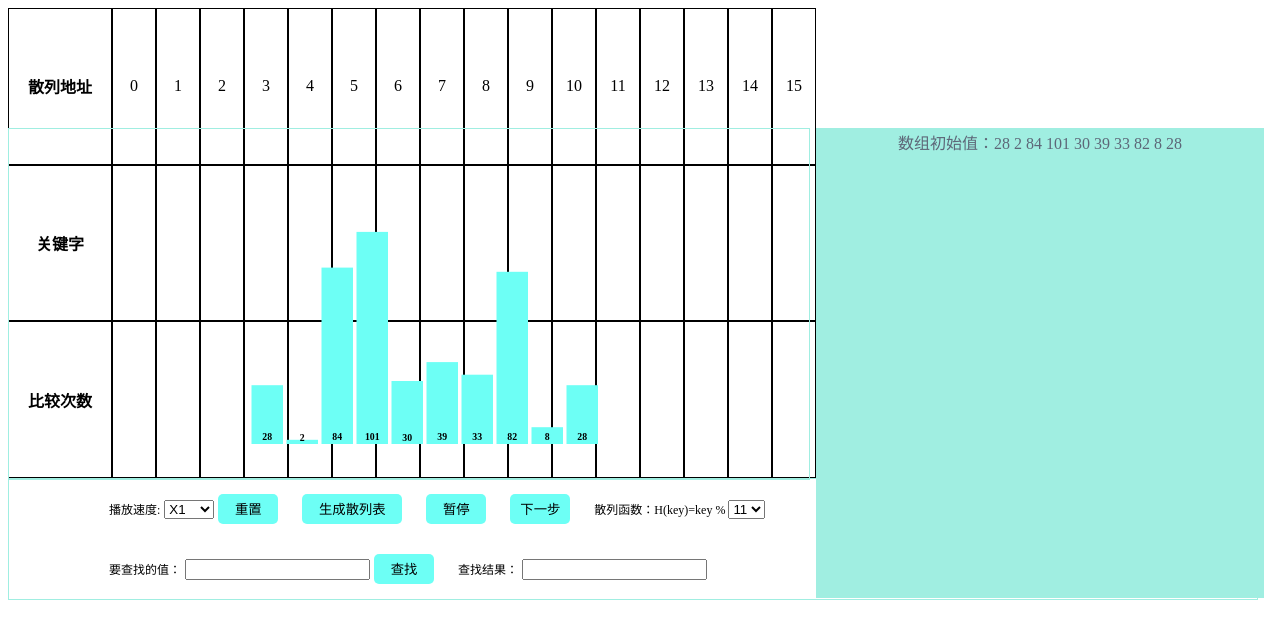
Repository: aaa615/Visualization-of-data-structure-algorithms
Page: dataStructure/WebContent/animation/search/hashSearch/hashSearch.html
These files come from the project's save history. The page is drawn as it stood at one moment and after the next save; the edit follows.
The browser window is 1280 px wide. The pictures show the whole page.

Above is the page before, as saved 2021-05-20 04:21:15.

### dataStructure/WebContent/animation/search/hashSearch/hashSearch.html
<!DOCTYPE html>
<html lang="en">
<head>
    <meta charset="UTF-8">
    <title>散列表查找</title>
    <link rel="stylesheet" type="text/css" href="../../../css/Player.css" charset="utf-8">
    <link rel="stylesheet" type="text/css" href="hashSearch.css" charset="utf-8">

    <script type="text/javascript" src="hashSearch.js"></script>
</head>
<body>
<div id="canvas_div">
    <table id="hash_table" cellspacing="0">
        <tr align="center" valign="center">
            <th width="100px" style="border: black solid 1px">散列地址</th>
            <td>0</td>
            <td>1</td>
            <td>2</td>
            <td>3</td>
            <td>4</td>
            <td>5</td>
            <td>6</td>
            <td>7</td>
            <td>8</td>
            <td>9</td>
            <td>10</td>
            <td>11</td>
            <td>12</td>
            <td>13</td>
            <td>14</td>
            <td>15</td>
        </tr>
        <tr align="center" valign="center">
            <th width="100px" style="border: black solid 1px">关键字</th>
            <td></td>
            <td></td>
            <td></td>
            <td></td>
            <td></td>
            <td></td>
            <td></td>
            <td></td>
            <td></td>
            <td></td>
            <td></td>
            <td></td>
            <td></td>
            <td></td>
            <td></td>
            <td></td>
        </tr>
        <tr align="center" valign="center">
            <th width="100px" style="border: black solid 1px">比较次数</th>
            <td></td>
            <td></td>
            <td></td>
            <td></td>
            <td></td>
            <td></td>
            <td></td>
            <td></td>
            <td></td>
            <td></td>
            <td></td>
            <td></td>
            <td></td>
            <td></td>
            <td></td>
            <td></td>
        </tr>
    </table>
    <svg id="canvas_svg" xmlns="http://www.w3.org/2000/svg" viewBox="0 0 500 500" onload="createRect()"></svg>
    <div class="express_window" id="express_window_id"></div>
</div>
<div id="player_div">
    <label>播放速度:</label>
    <select id="playSpeed_id" class="playSpeed_class" onclick="getPlaySpeed()">
        <option value="2">X2</option>
        <option value="1.5">X1.5</option>
        <option value="1" selected>X1</option>
        <option value="0.5">X0.5</option>
    </select>
    <input type="button" value="重置" class="player_input" onclick="reset()">
    <input type="button" value="生成散列表" class="player_input" style="width: 100px" onclick="createHashTable()">
    <input type="button" value="暂停" class="player_input" onclick="pause()">
    <input type="button" value="下一步" class="player_input" onclick="nextStep()">
    <label>散列函数：H(key)=key % </label>
    <select id="hash_function" class="playSpeed_class" onclick="getM()">
        <option value="3">3</option>
        <option value="11" selected>11</option>
        <option value="13">13</option>
    </select>
    <br/>

    <label>要查找的值：</label>
    <input type="text" id="search_num" class="player_text">
    <input type="button" value="查找" class="player_input" onclick="search()">
    <label>查找结果：</label>
    <input type="text" id="Search_result" class="player_text" readonly="true">

</div>

</body>
</html>

### dataStructure/WebContent/css/Player.css
@charset "UTF-8";
#canvas_div{
    position: relative;
    display: flex;
    display:-webkit-flex;
    justify-content: left;
}

#canvas_svg{
    width: 800px;
    height: 450px;
    border: 1px solid rgba(160,238,225,1);
    font: bold 14px "Microsoft YaHei UI";
    text-align: center;
    text-anchor: middle;
}

.express_window{
	position:relative;
    width: calc(100% - 800px - 1rem);
    height: 450px;
    overflow: auto;
    background-color: rgba(160,238,225,1);
    text-align: center;
}

.algoTitle{
	height:50px;
	font: 24px "Microsoft YaHei UI";
	line-height:50px
}

#express_window_id{
	font: 16px "Microsoft YaHei UI";
    color: #5d6778;
    line-height: 32px;
}

#player_div{
    width: calc(100% - 100px - 1rem);
    height: 60px;
    border: 1px solid rgba(160,238,225,1);
    padding-left: 100px;
    text-align: left;
    line-height: 60px;
}

.player_input{
    width: 60px;
    height: 30px;
    color: black;
    margin-right: 20px;
    border-color: cornsilk;
    background-color: rgba(109,255,245);
    color: black;
    border-style: hidden;
    border-radius: 5px;
}

#player_div label {
    font: 12px "Microsoft YaHei UI";
}

### dataStructure/WebContent/animation/search/hashSearch/hashSearch.css
@charset "UTF-8";
.hash_table{
    display: inline-block;
    height: 100px;
}

td{
    height: 30px;
    width: 40px;
    border: black solid 1px;
}

#canvas_svg{
    position: absolute;
    top: 120px;
    width: 800px;
    height: 350px;
}

.express_window{
    top: 120px;
    width: calc(100% - 800px - 1rem);
    height: 470px;
}

#player_div{
    height: 120px;
}

### dataStructure/WebContent/animation/search/hashSearch/hashSearch.js
/**
 *
 */
//舞台的高
var maxH=450;
//矩形的宽
var w = 45;
//矩形间隔
var space = 5;
//g标签的初始x坐标
var gX = 25;
//播放速度
var playSpeed=1200;
//矩形数值
var rectArray=[];
//记录每一轮数组细节
var arrStr="";
//计时器
var timer=[];
//
var currentStep=0;
//前一个矩形
var previousRect=-1;
//
var m=11;


//全局变量，获取g和rect标签
var txt=document.getElementsByClassName("player_text");
var oRect=document.getElementsByClassName("g_rect");
//获取playSpeed
function getPlaySpeed(){
    var oSelect=document.getElementsByClassName("playSpeed_class");
    playSpeed=1200*(1/oSelect[0].value);
    console.log(playSpeed);
}

function getM(){
    var oSelect=document.getElementsByClassName("playSpeed_class");
    m=oSelect[1].value;
    console.log(m);
}

//分步生成散列表
function nextStep(){
    if(previousRect!=-1){
        oRect[previousRect].setAttribute("style","fill:#6dfff5");
    }

    if(currentStep<10){
        oRect[currentStep].setAttribute("style","fill:greenyellow");
        previousRect=currentStep;

        let hash_tr=document.getElementById("hash_table").getElementsByTagName("tr");

        let index=rectArray[currentStep]%m;

        //记录查找细节
        var expressionField=document.getElementById("express_window_id");
        arrStr+="\n"+rectArray[currentStep]+" % "+m+" = "+index;


        console.log(index);

        // console.log("inner:"+hash_tr[1].getElementsByTagName("td")[index].innerText);
        //查找次数
        let count=1;
        if(hash_tr[1].getElementsByTagName("td")[index].innerText==""){
            hash_tr[1].getElementsByTagName("td")[index].innerText=rectArray[currentStep];
            hash_tr[2].getElementsByTagName("td")[index].innerText=count;
        }else{
            let i=index;
            while(hash_tr[1].getElementsByTagName("td")[i].innerText!=""){
                i=(i+1)%16;
                arrStr+="地址冲突，加一："+i+";";
                count++;
            }
            // console.log("i"+i);
            hash_tr[1].getElementsByTagName("td")[i].innerText=rectArray[currentStep];
            hash_tr[2].getElementsByTagName("td")[i].innerText=count;
        }
        expressionField.innerText=arrStr;
        currentStep++;
        return false;
    }else{
        return true;
    }

}

//生成散列表
function createHashTable(){
    timer[0]=setInterval(function () {
        if(nextStep()){
            clearInterval(timer[0]);
        }
    },playSpeed*2);
}

//随机生成有序的rect
function createRect() {
    var svgDoc=document.getElementById("canvas_svg");
    //获取流程描述窗口
    var expressionField=document.getElementById("express_window_id");
    arrStr="数组初始值：";

    //随机生成10个矩形的高（1~100）
    for (var i = 0; i < 10; ++i) {
        rectArray[i] = Math.ceil(Math.random() * 100) + 1;
        var h=rectArray[i]*3;
        //生成g标签
        var og=document.createElementNS("http://www.w3.org/2000/svg", "g");
        og.setAttribute("transform", "translate(" + gX + "," + (maxH - h) + ")");
        og.setAttribute("height", h + "px");
        og.setAttribute("class","svg_g");

        svgDoc.appendChild(og);

        //生成矩形
        var orect = document.createElementNS("http://www.w3.org/2000/svg", "rect");
        orect.setAttribute("width", w + "px");
        orect.setAttribute("height", h + "px");
        orect.setAttribute("fill", "#6dfff5");
        orect.setAttribute("class", "g_rect");
        og.appendChild(orect);

        //生成text
        var oTxt = document.createElementNS("http://www.w3.org/2000/svg", "text");
        oTxt.setAttribute("width", w + "px");
        oTxt.setAttribute("x", (w / 2) + "px");
        oTxt.setAttribute("y", h + "px");
        oTxt.setAttribute("dy", "-5px");
        oTxt.setAttribute("fill", "black");
        oTxt.textContent = h/3 + "";
        og.appendChild(oTxt);

        //下一个矩形的初始位置
        gX += w + space;

        arrStr+=h/3+" ";
    }
    expressionField.innerText=arrStr;
}


//查找
function search() {
    let search_num=parseInt(document.getElementById("search_num").value);
    let hash_tr=document.getElementById("hash_table").getElementsByTagName("tr");

    let address=search_num%m;

    console.log(parseInt(hash_tr[1].getElementsByTagName("td")[address].innerText));

    if(parseInt(hash_tr[1].getElementsByTagName("td")[address].innerText)==search_num){
        document.getElementById("Search_result").value="查找成功！";
        return true;
    }else{
        let i=(address+1)%16;
        while(i!=address){
            if(parseInt(hash_tr[1].getElementsByTagName("td")[address].innerText)==search_num){
                document.getElementById("Search_result").value="查找成功！";
                return true;
            }else{
                i=(i+1)%16;
            }
        }
    }
    document.getElementById("Search_result").value="查找失败！";
    return false;

}

//自动播放
function autoPlay() {
    timer[0]=setInterval(function () {
        nextStep();
    },playSpeed*2);
}

//暂停
function pause() {
    clearInterval(timer[0]);
    clearTimeout(timer[1]);
}

//重置
function reset() {
    pause();

    //删除矩形
    for(var i=0;i<rectArray.length;++i){
        removerRect();
    }
    //初始化相关变量
    for(var i=0;i<rectArray.length;++i){
        rectArray[i]=0;
    }
    gX=25;
    frontFrom=-1;
    txt[0].value="";
    txt[1].value="";
    count=1;
    //重新加载
    load();
}

//删除矩形
function removerRect(){
    var svgDoc=document.getElementById("canvas_svg");
    var og=svgDoc.firstChild;
    svgDoc.removeChild(og);
}

After the next save:
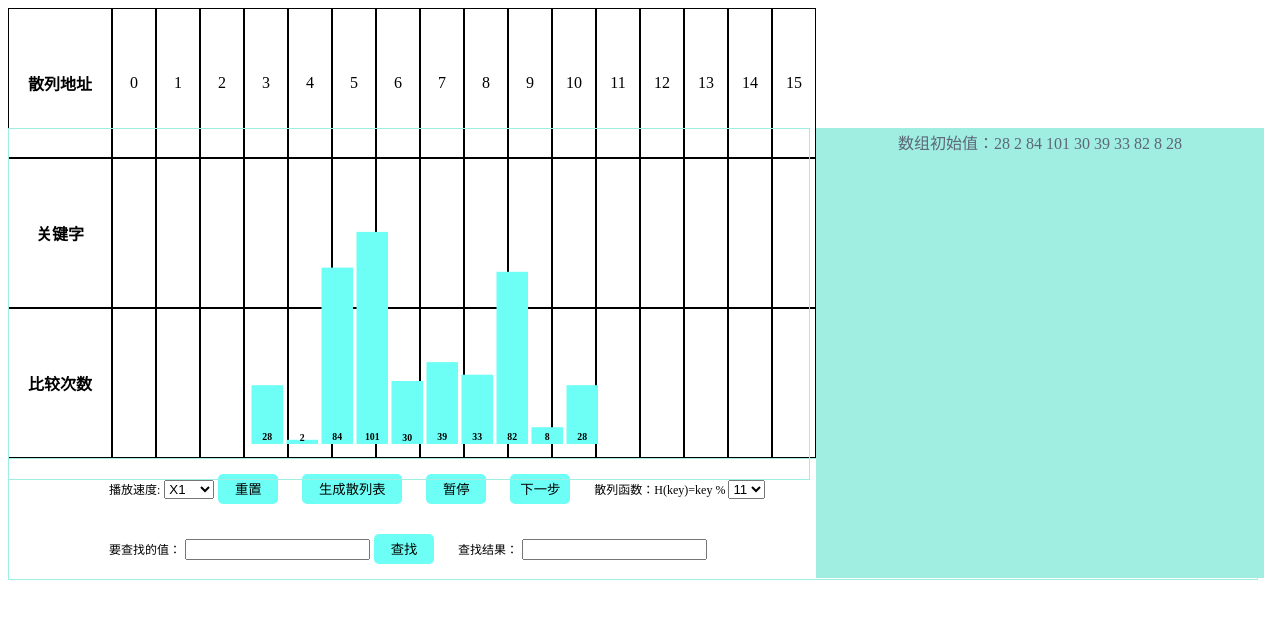
Saved 22 s later.
--- a/dataStructure/WebContent/animation/search/hashSearch/hashSearch.css
+++ b/dataStructure/WebContent/animation/search/hashSearch/hashSearch.css
@@ -20,7 +20,7 @@ td{
 .express_window{
     top: 120px;
     width: calc(100% - 800px - 1rem);
-    height: 470px;
+    height: 450px;
 }
 
 #player_div{
